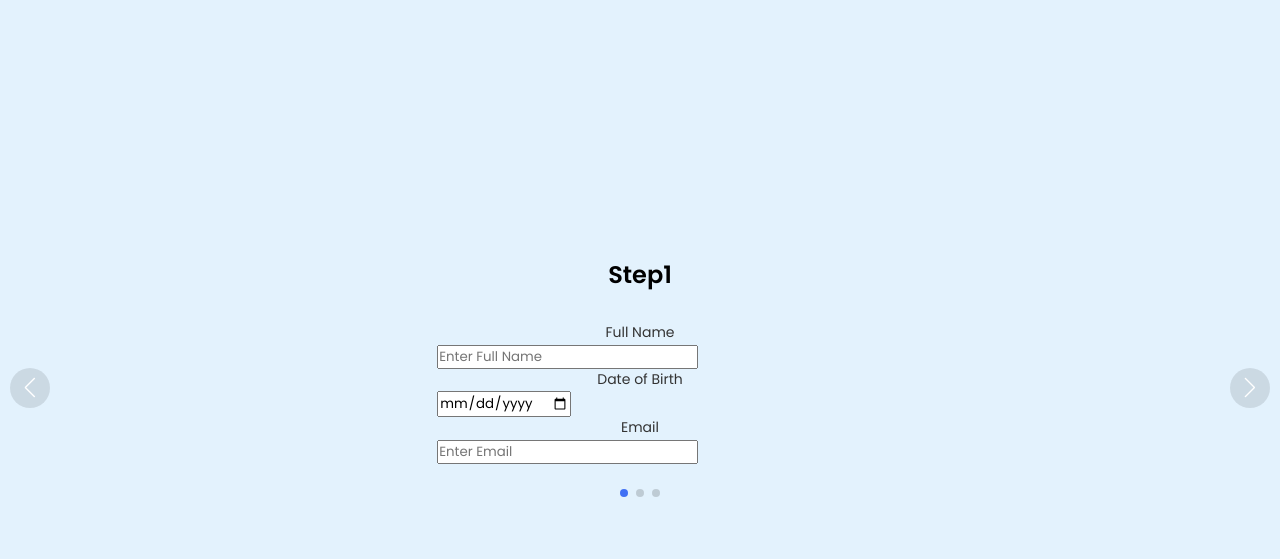
Repository: Habeebur1493/-22-multi-step-form
Page: index.html
These files come from the project's save history. The page is drawn as it stood at one moment and after the next save; the edit follows.
The browser window is 1280 px wide. The pictures show the whole page.

Above is the page before, as saved 2024-10-13 12:44:40.

After the next save:
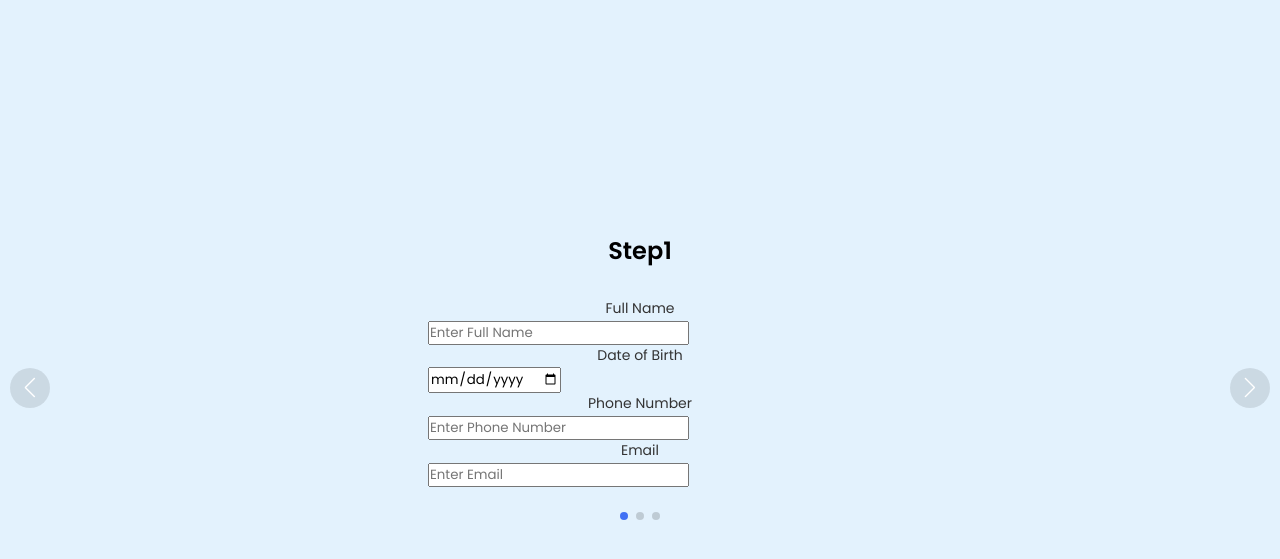
Saved 28 s later.
--- a/index.html
+++ b/index.html
@@ -30,6 +30,9 @@
               <br>
               <p>Date of Birth</p>
               <input type="date" placeholder="Date of Birth" />
+              <br>
+              <p>Phone Number</p>
+              <input type="number" placeholder="Enter Phone Number" />
               <br>
               <p>Email</p>
               <input type="email" placeholder="Enter Email" />
